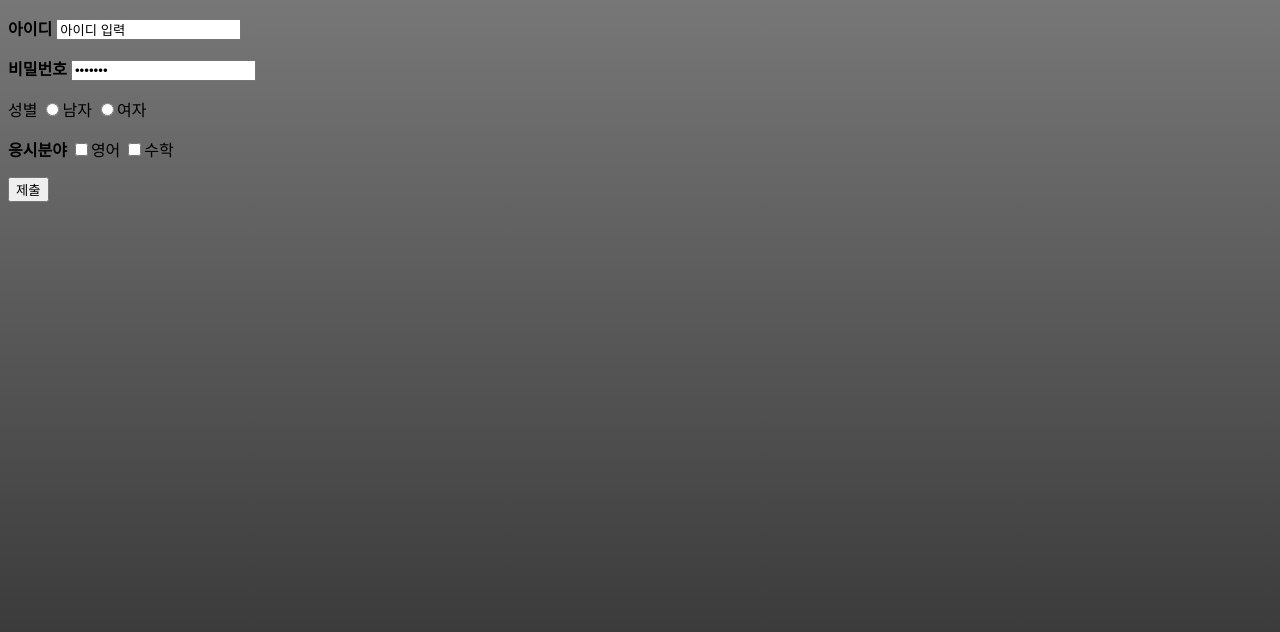
Repository: PareutPareut/frontend
Page: markDowns/htmlCssStudy/htmlStudy.html
These files come from the project's save history. The page is drawn as it stood at one moment and after the next save; the edit follows.
The browser window is 1280 px wide. The pictures show the whole page.

Above is the page before, as saved 2023-11-28 15:08:05.

After the next save:
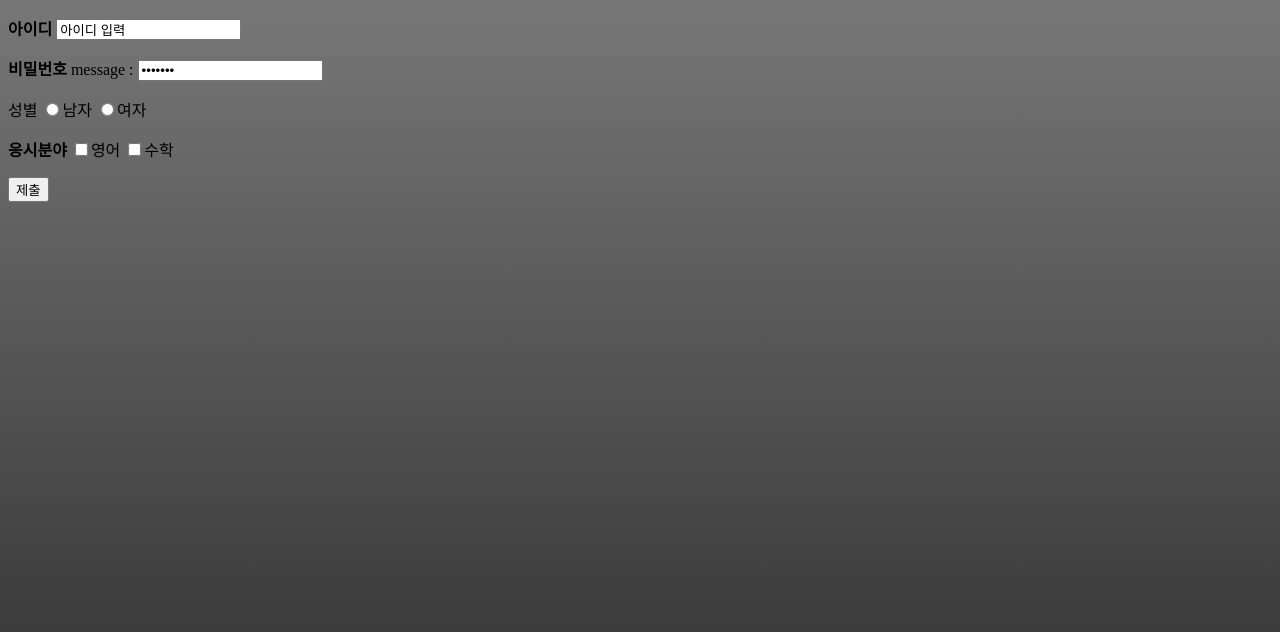
Saved 117 s later.
--- a/markDowns/htmlCssStudy/htmlStudy.html
+++ b/markDowns/htmlCssStudy/htmlStudy.html
@@ -18,6 +18,7 @@
         </p>
         <p>
             <strong>비밀번호</strong>
+            <label>message : </label>
             <input type="password" name="password" value="비밀번호 입력">
         </p>
         <p>
